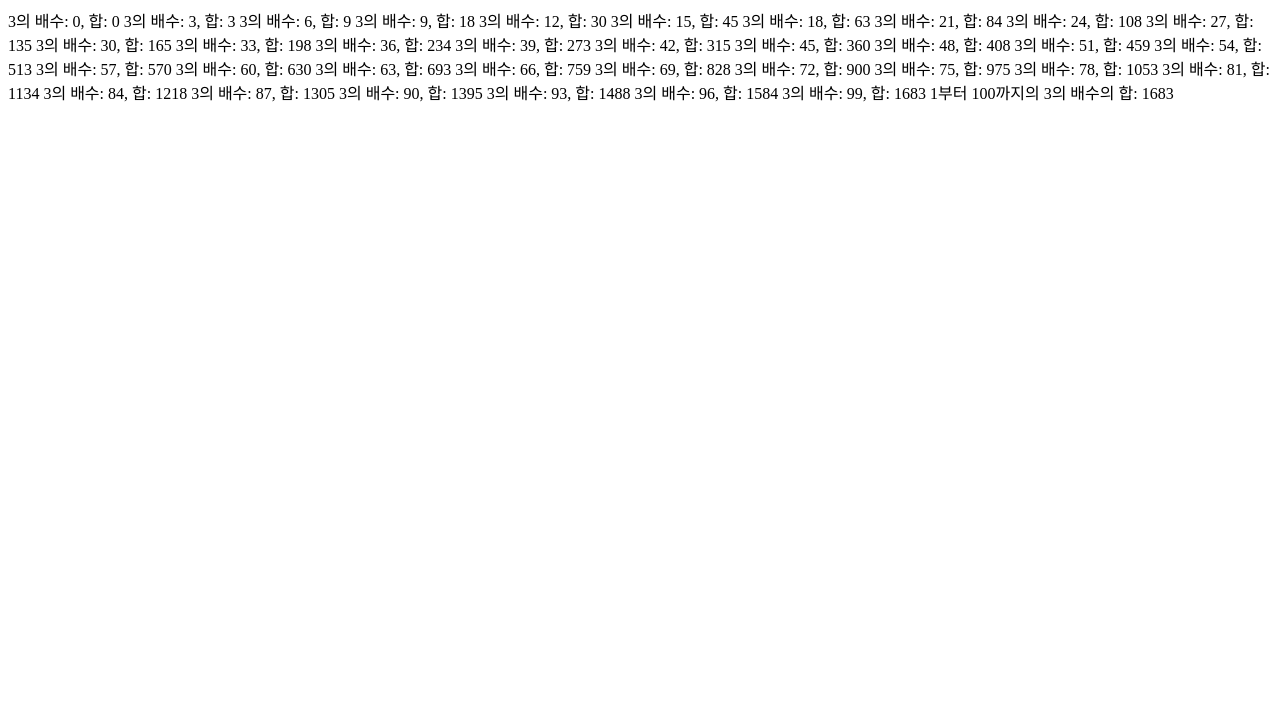
Repository: Mildous/HKIT-BackendClass
Page: http://localhost/jspExam/Q2.jsp
The author's editor kept a copy of each file at every save. The page is drawn from the files as they stood at one save, then again after the next save.
The browser window is 1280 px wide. The pictures show the whole page.
The page is served by Tomcat 9.

Above is the page before, as saved 2022-08-25 05:02:21.

After the next save:
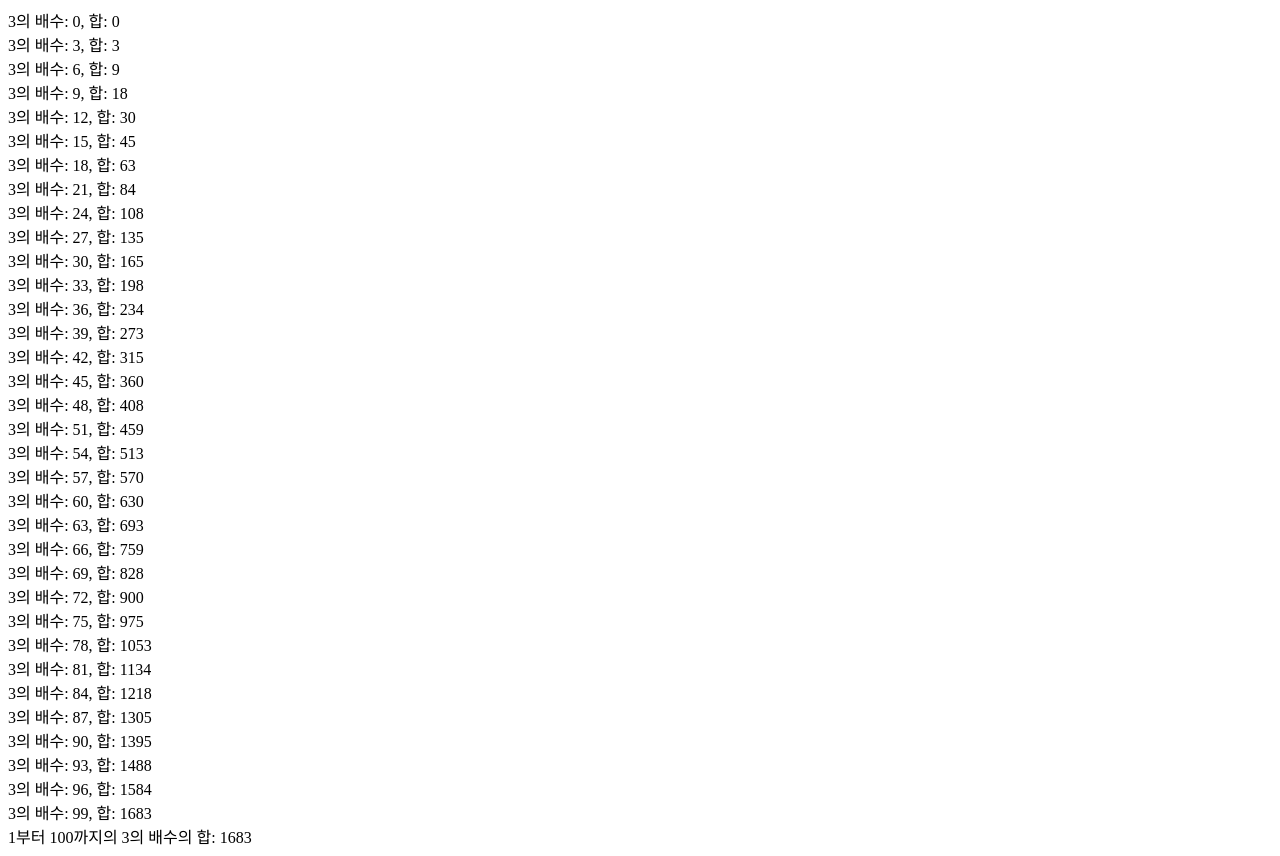
Saved 17 s later.
--- a/workspace/jsp/jspExam/WebContent/Q2.jsp
+++ b/workspace/jsp/jspExam/WebContent/Q2.jsp
@@ -8,7 +8,7 @@
 		} else {
 			continue;
 		}
-		out.println("3의 배수: " + i + ", 합: " + total);
+		out.println("3의 배수: " + i + ", 합: " + total + "<br>");
 	}
 	out.println("1부터 100까지의 3의 배수의 합: " + total);
 
